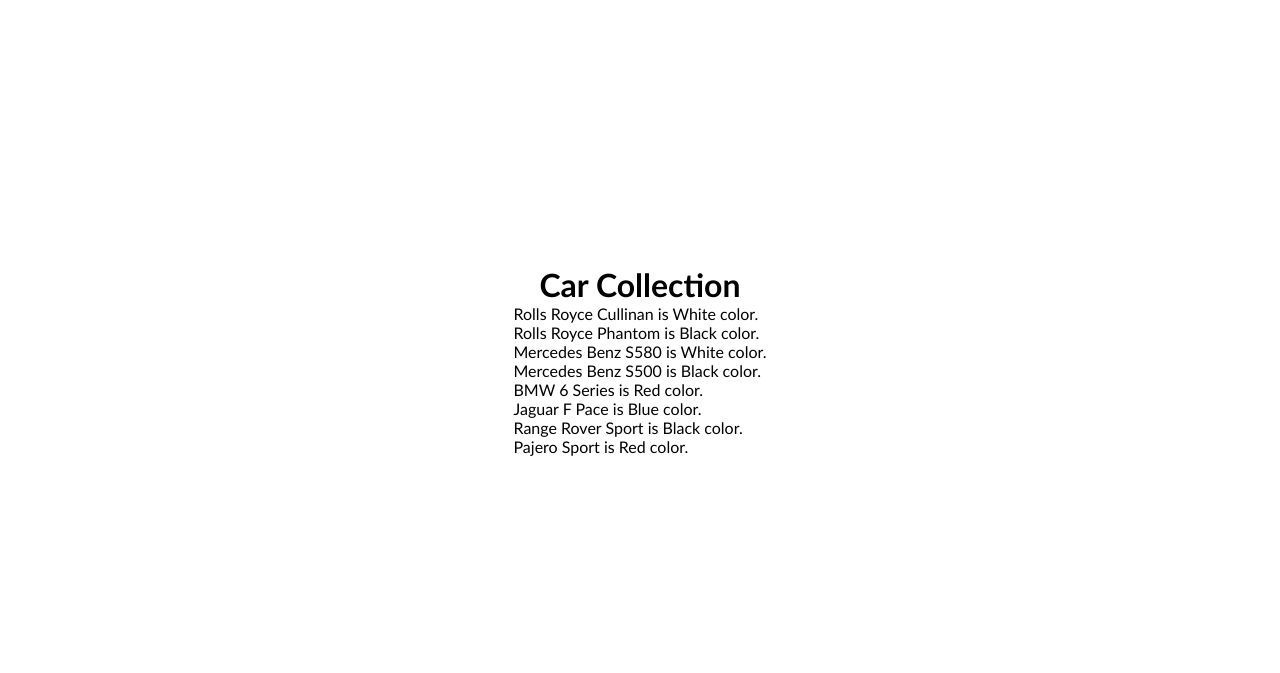
Repository: PrashantPanjwani/JSProjects
Page: P-Project2/index.html
These files come from the project's save history. The page is drawn as it stood at one moment and after the next save; the edit follows.
The browser window is 1280 px wide. The pictures show the whole page.

Above is the page before, as saved 2024-06-03 20:24:08.

### P-Project2/index.html
<!DOCTYPE html>
<html lang="en">
<head>
    <meta charset="UTF-8">
    <meta name="viewport" content="width=device-width, initial-scale=1.0">
    <title>Document</title>
    <link rel="stylesheet" href="style.css">
</head>
<body>
    <h1>Car Collection</h1>
    <div id="info"></div>
    <script src="app.js"></script>
</body>
</html>

### P-Project2/style.css
*{
    box-sizing: border-box;
    margin: 0;
    padding: 0;
    font-family: 'Trebuchet MS', 'Lucida Sans Unicode', 'Lucida Grande',
    'Lucida Sans', Arial, sans-serif;
}
body{
    display: flex;
    flex-direction: column;
    justify-content: center;
    align-items: center;
    height: 100vh;
}

### P-Project2/app.js
let data = [
    {
        name: "Rolls Royce Cullinan",
        color: "White"
    },
    {
        name: "Rolls Royce Phantom",
        color: "Black"
    },
    {
        name: "Mercedes Benz S580",
        color: "White"
    },
    {
        name: "Mercedes Benz S500",
        color: "Black"
    },
    {
        name: "BMW 6 Series",
        color: "Red"
    },
    {
        name: "Jaguar F Pace",
        color: "Blue"
    },
    {
        name: "Range Rover Sport",
        color: "Black"
    },
    {
        name: "Pajero Sport",
        color: "Red"
    }

];

const info = document.querySelector('#info');

let details = data.map(function(item){
    return '<div>' + item.name + ' is ' + item.color + ' color.' + '</div>';

});
info.innerHTML = details.join('\n');

After the next save:
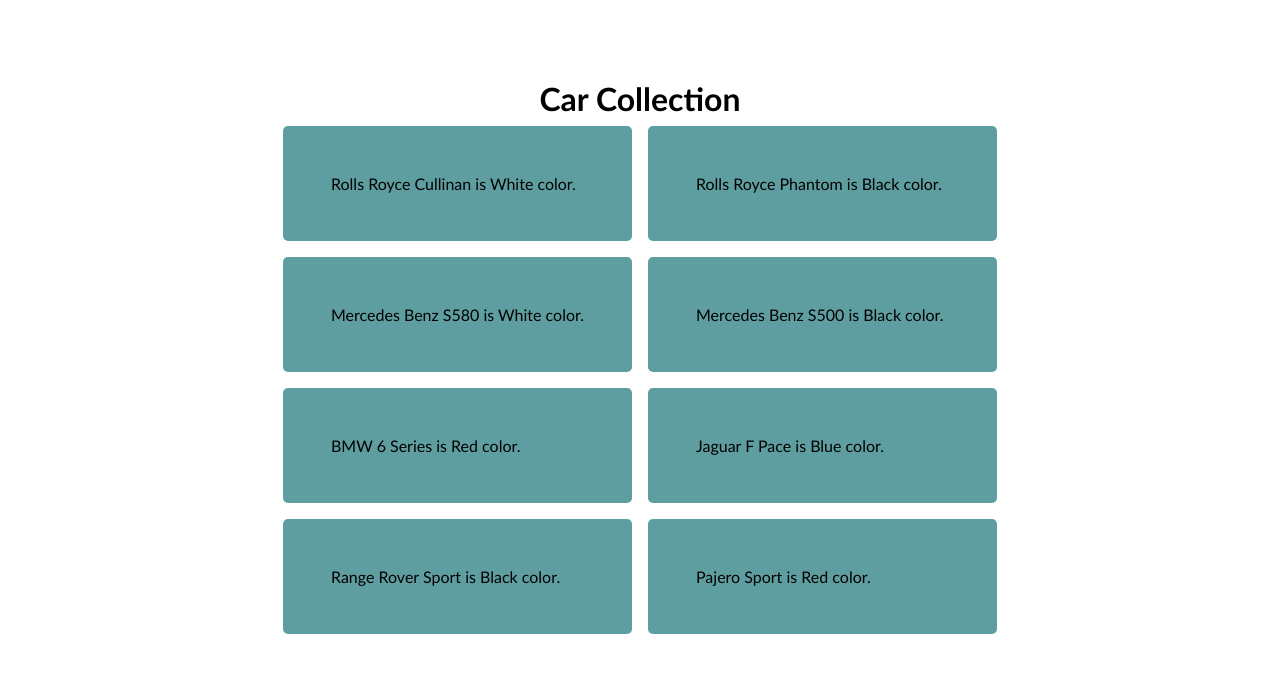
Saved 6 min 3 s later.
--- a/P-Project2/style.css
+++ b/P-Project2/style.css
@@ -12,3 +12,14 @@
     align-items: center;
     height: 100vh;
 }
+#info{
+    display: grid;
+    grid-template-columns: 1fr 1fr;
+}
+#info div{
+    padding: 3rem;
+    background: cadetblue;
+    margin: 0.5rem;
+    border-radius: 5px;
+
+}
